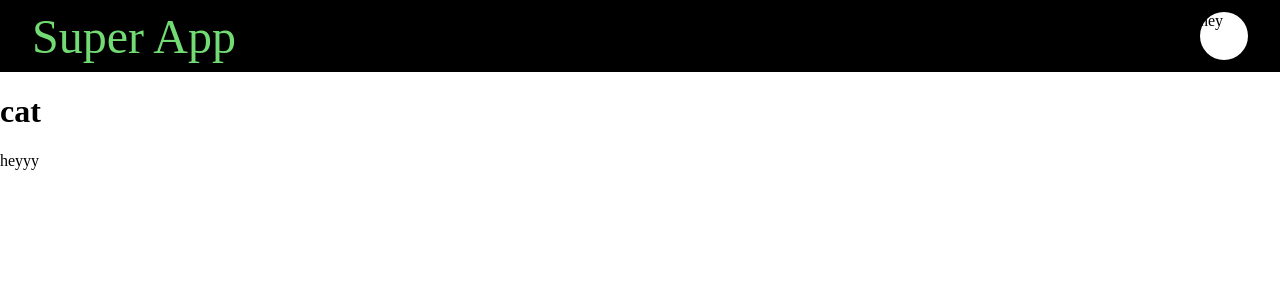
Repository: drumsmanku/react-capstone-project-2
Page: /browse
These files come from the project's save history. The page is drawn as it stood at one moment and after the next save; the edit follows.
The browser window is 1280 px wide. The pictures show the whole page.
Some web fonts or font styles are not loaded; a fallback is used. The project was rebuilt for these pictures with package versions that can differ from the ones it lists, and the page was loaded fresh each time. Also part of the build but not shown: src/components/RegistrationPage.js, src/components/SubmitSuccess.js, src/components/CategoriesPage.js, src/components/WeatherandNews.js.

Above is the page before, as saved 2023-06-01 19:10:41.

### src/index.css
body,html{
  padding: 0;
  margin: 0;
}

### src/App.js
import './App.css';
import RegistrationPage from './components/RegistrationPage';
import SubmitSuccess from './components/SubmitSuccess';
import CategoriesPage from './components/CategoriesPage';
import WeatherandNews from './components/WeatherandNews';
import BrowseCategories from './components/BrowseCategories';
import { BrowserRouter as Router, Route, Routes} from 'react-router-dom';
function App() {
  const categories=['Action', 'Drama','Romance','Thriller','Western','Horror','Fantasy', 'Music','Fiction',];
  const colors=['#FF5209', '#D7A4FF','#148A08','#84C2FF','#902500','#7358FF','#FF4ADE','#E61E32','#6CD061',];
  return (
    <div className='App'>
      <Router>
        <Routes>
          <Route path='/' element={<RegistrationPage />}/>
          <Route path='/success' element={<SubmitSuccess/>}/>
          <Route path='/categories' element={<CategoriesPage categories={categories} backgroundcolor={colors} />}/>
          <Route path='/weather' element={<WeatherandNews/>}/>
          <Route path='/browse' element={<BrowseCategories/>}/>

        </Routes>
      </Router>
    </div>
  );
}

export default App;

### src/App.css
.App {
  margin: 0;
  padding: 0;

}

### src/components/BrowseCategories.js
import React from 'react';
import './BrowseCategories.css';
import avatar from '../Assets/image14.png'

function BrowseCategories() {
  return (
    <div className='container-b'>
      <div className="header">
        <h1>Super App</h1>
        <div className="avatar" style={{backgroundImage:`url:${avatar}`,backgroundRepeat: "no-repeat",backgroundSize: "40rem",}}>
          hey
        </div>
      </div>
      <div className="body-container">
        <h1>cat</h1>
        <div>heyyy</div>
      </div>
    </div>
  )
}

export default BrowseCategories

### src/components/RegistrationPage.css
@import url('https://fonts.googleapis.com/css2?family=Roboto:wght@900&display=swap');
@import url('https://fonts.googleapis.com/css2?family=Single+Day&display=swap');
@import url('https://fonts.googleapis.com/css2?family=DM+Sans&display=swap');
.reg-page{
  background-image: url('../Assets/back1.png');
  background-size: 50% 120%;
  background-repeat: no-repeat;
  height: 100vh;

  background-color: black;
  display: flex;
}
.first-div{
  font-family:'Roboto';
  color: white;
  width: 50%;
  height: 100vh;
  display: flex;
  justify-content: center;
  position: relative;
}
.first-first-div{
  width: 70%;
  position: absolute;
  bottom: 4.5rem;
}
.first-first-div h1{
  font-size: 3rem;
  padding: 0;
  margin: 0;
}
.second-div{
  height: inherit;
  width: 50%;
  display: flex;
  flex-direction: column;
  justify-content: center;
  align-items: center;
  color: white;
}
.second-div h1{
  font-family: 'Single Day';
  font-size: 3.3rem;
  color: #72DB73;
  font-weight: 400;
  margin: 0;
}
.second-div h4{
  font-family: 'DM Sans';
  font-weight: 200;
  margin-bottom: 2rem;
  margin-top: 1rem;
  font-size: 1.1rem;
}
form{
  display: flex;
  flex-direction: column;
}
form input[type=text]{
  margin: 0.7rem;
  width: 23rem;
  height: 2.9rem;
  border: none;
  background-color: #292929;
  border-radius: 0.1rem;
  font-family: 'DM Sans';
}
form input[type=number]{
  margin: 0.7rem;
  width: 23rem;
  height: 2.9rem;
  border: none;
  background-color: #292929;
  border-radius: 0.1rem;
  font-family: 'DM Sans';

}
form input[type=email]{
  margin: 0.7rem;
  width: 23rem;
  height: 2.9rem;
  border: none;
  background-color: #292929;
  border-radius: 0.1rem;
  font-family: 'DM Sans';
}

form input::placeholder{
  padding-left: 0.9rem;
  font-size: 1rem;
}
.checkbox1{
  width: 100%;
  display: flex;
  padding-left: 0.5rem;
  font-family: 'DM Sans';
  margin: 1.6rem 0 1.6rem 0;
  font-size: 0.9rem;
}
.checkbox1 input[type="checkbox"]{
  margin-right: 1rem;
  border: none;
  transform: scale(1.4);
}
form button{
  background-color: #72DB73;
  border: none;
  height: 3rem;
  width: 23rem;
  border-radius: 2.2rem;
  font-size: 1.4rem;
  font-family: 'DM Sans';
  font-weight: 600;
  color: white;
  letter-spacing: 0.2rem;
}

### src/components/CategoriesPage.css
@import url('https://fonts.googleapis.com/css2?family=Roboto:wght@900&display=swap');
@import url('https://fonts.googleapis.com/css2?family=Single+Day&display=swap');
@import url('https://fonts.googleapis.com/css2?family=DM+Sans&display=swap');

.container{
  display:flex;
  background-color: black;
  height: 100vh;
  width: 100%;
  justify-content: space-around;
  position: absolute;
}
.first-container{
  height: inherit;
  width: 40%;
  display: flex;
  align-items: center;
  justify-content: flex-end;

}
.first-first-container{
  width: 70%;
  display: flex;
  flex-direction: column;
  height: inherit;

  justify-content: center;
}

.first-first-container h1{
  font-family: 'Single Day';
  font-size: 3.3rem;
  color: #72DB73;
  font-weight: 400;
  margin: 0;
}
.first-first-container h2{
  color: white ;
  font-family: 'DM Sans';
  font-size: 3rem;

}
.first-first-container button{
  width: 4rem;
  margin: 1rem;
}
.second-container{
  height: 100vh;
  width: 60%;
  display: flex;
  flex-direction: column;
  justify-content: center;
  align-items: flex-end;
  margin-right: 1rem;
  position: relative;



}
.category-container{
  width: 60%;
  margin-right: 2rem;
  position: absolute;
  top: 5rem;
  right:5rem;
}

.next-button{
  background: none;
  border: none;
  background-color: #148A08;
  border-radius: 3rem;
}

### src/components/WeatherandNews.css
@import url('https://fonts.googleapis.com/css2?family=Roboto:wght@900&display=swap');
@import url('https://fonts.googleapis.com/css2?family=Single+Day&display=swap');
@import url('https://fonts.googleapis.com/css2?family=DM+Sans&display=swap');


.main-container-w{
  background-color: black ;
  display: flex;
  height: 100vh;
  width: 100%;
}

.first-container-w{
  max-height: 100%;
  display: flex;
  flex-direction: column;
  width: 60%;
  padding-left: 2rem;
  align-items: center;
  justify-content: space-around;

}
.cards-container-w{
  max-height: 100%;
  display: flex;
  flex-direction: column;
  width: 50%;
  padding-left: 5rem;
  justify-content: space-around;
}
.second-container-w{
  height:inherit;
  width: 40%;
  display: flex;
  justify-content: center;
  align-items: center;
}
.details-card-w{
  height: 50%;
  width: 100%;
  background-color: #5746EA;
  border-radius: 2rem;
  display: flex;
  justify-content: space-around;
  align-items: center;
}
.weather-card-w{
  height: 40%;
  width: 100%;
  background-color: #101744;
  border-radius: 2rem;
}
.news-card-w{
  width: 100%;
  height: 90%;
  background-color: white;
  border-radius: 2rem;
}
.middle-container{
  height: 95%;
  color: white;
  width: 20rem;
  margin-top: 1rem;
  background-color: #F1C75B;
  border-radius: 2rem;
  font-family: 'DM Sans';
  display: flex;
  flex-direction: column;
  padding-left: 2.5rem;
  color: black;
  margin-left: 5rem;
}
.middle-container textarea{
  border: none;
  width: 87%;
  background-color:#F1C75B ;
  outline: none;
  resize: none;
  overflow: auto;
}
.stopwatch{
  height: 30%;
  width: 90%;
  background-color: #1E2343;
  margin-left: 5rem;
  border-radius: 2rem;
  display: flex;
  justify-content: space-around;
  align-items: center;
}
.stop-icon{
  width: 22%;
  height: 80%;
  position: relative;
  background-color: #191E39;
  border-radius: 16rem;
  box-shadow: 0 0 1rem black inset;
  display: flex;
  justify-content: center;
  align-items: center;
}
.rest-stopwatch{
  width: 60%;
  height: 100%;

  display: flex;
  flex-direction: column;
}
.timers{
  height: 75%;
  width: 100%;

  display: flex;
  justify-content: space-around;
}
.start-button{
  display: flex;
  align-items: center;
  justify-content: center;
  padding-top: 1rem;
}
#start-button1{
  background-color: #FF6A6A;
  color: white;
  border: none;
  width: 70%;
  height: 2rem;
  border-radius: 2rem;
  font-family: 'DM Sans';
  font-size: 1.4rem;
}
.circular-progress{

  height: 80%;
  width: 80%;
  border-radius: 50%;
  border: 0.4rem solid #FF6A6A;
  display: flex;
  justify-content: center;
  align-items:center ;

}
.ss{
  height: 100%;
  width:70% ;
  display: flex;
  flex-direction: column;
  align-items: flex-end;
  justify-content: space-around;
}
.ss button{
  width: 8rem;
  height: 2.3rem;
  border: none;
  background-color: #148A08;
  border-radius: 2.5rem;
  color: white;
  font-size: 1rem;
  font-family: 'DM Sans';
}
::-webkit-scrollbar{
  background:none;
  width: 0.7rem;
}
::-webkit-scrollbar-thumb{
  background-color: #FFE6A6;
  border-radius: 1rem;

}

### src/components/BrowseCategories.css
@import url('https://fonts.googleapis.com/css2?family=Roboto:wght@900&display=swap');
@import url('https://fonts.googleapis.com/css2?family=Single+Day&display=swap');
@import url('https://fonts.googleapis.com/css2?family=DM+Sans&display=swap');

.container-b{
  background-color: black;
  height: 100vh;
  width: 100%;
  display: flex;
  flex-direction: column;


}
.header{
  display: flex;
  justify-content: space-between;
  margin-right: 2rem;
  margin-left: 2rem;
  height: 10%;
  align-items: center;
}
.header h1{
  font-family: 'Single Day';
  font-size: 3rem;
  color: #72DB73;
  font-weight: 400;
  margin: 0;
}
.avatar{
  height: 3rem;
  width: 3rem;
  border-radius: 50%;
  background-color: white;
}
.body-container{
  width: 100%;
  height: 90%;
  background-color: white;
}

Loaded but not shown: public/index.html (common file); src/index.js (common file)

After the next save:
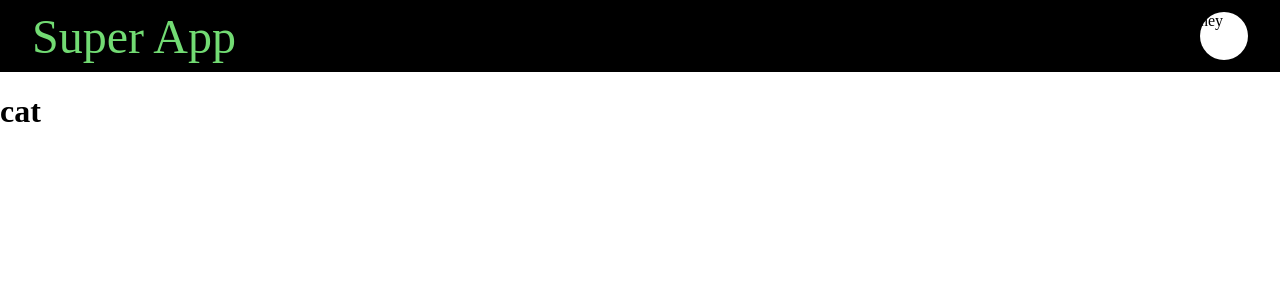
Saved 36 s later.
--- a/src/components/BrowseCategories.js
+++ b/src/components/BrowseCategories.js
@@ -12,8 +12,9 @@
         </div>
       </div>
       <div className="body-container">
-        <h1>cat</h1>
-        <div>heyyy</div>
+        <div className="main-elements">
+          <h1>cat</h1>
+        </div>
       </div>
     </div>
   )
